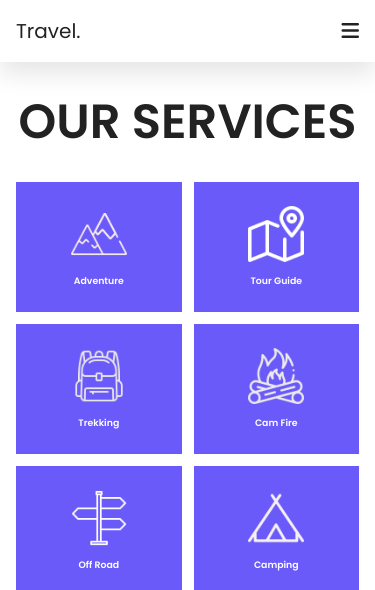
Repository: CTCuong/Traveloka-Web
Page: assets/home.html
An editor plug-in stored every save of this project. The page is shown before and after the next save, followed by the edit.
The browser window is 375 px wide. The pictures show the part of the page from y = 0 to 590 px (the page is 1507 px tall before and 1477 px after).
Pictures or frames that could not be fetched are drawn as grey boxes. Backgrounds fixed to the window are drawn as part of the page.

Above is the page before, as saved 2023-07-03 21:24:34.

### assets/home.html
<!DOCTYPE html>
<html lang="en">
<head>
    <meta charset="UTF-8">
    <meta name="viewport" content="width=device-width, initial-scale=1.0">
    <title>Document</title>
    <!--swiper css-->
    <link rel="stylesheet"href="https://cdn.jsdelivr.net/npm/swiper@9/swiper-bundle.min.css"/>
    <!--font awesome link-->
    <link rel="stylesheet" href="https://cdnjs.cloudflare.com/ajax/libs/font-awesome/6.4.0/css/all.min.css">
    <!-- css file link -->
    <link rel="stylesheet" href="/assets/css/style.css">
</head>
<body>
    <!-- header section starts -->
    <section class="header">
        <a href="home.html" class="logo">travel.</a>

        <nav class="navbar">
            <a href="home.html">Home</a>
            <a href="about.html">About</a>
            <a href="package.html">Package</a>
            <a href="book.html">Book</a>

        </nav>

        <div id="menu-btn" class="fas fa-bars"></div>
    </section>
    <!-- header section ends -->

    <!-- services section starts -->
    <section class="services">
        <h1 class="heading-title"> our services </h1>

        <div class="box-container">

            <div class="box">
                <img src="/assets/image/Services/1.png" alt="">
                <h3> adventure </h3>
            </div>

            <div class="box">
                <img src="/assets/image/Services/2.png" alt="">
                <h3> tour guide </h3>
            </div>

            <div class="box">
                <img src="/assets/image/Services/3.png" alt="">
                <h3> trekking </h3>
            </div>


            <div class="box">
                <img src="/assets/image/Services/4.png" alt="">
                <h3> cam fire </h3>
            </div>

            <div class="box">
                <img src="/assets/image/Services/5.png" alt="">
                <h3> off road </h3>
            </div>

            <div class="box">
                <img src="/assets/image/Services/6.png" alt="">
                <h3> camping </h3>
            </div>

        </div>
    </section>
    <!-- services section ends -->



    <!-- footer section starts -->

    <section class="footer">
        <div class="box-container">

            <div class="box">
                <h3>quick links</h3>
                <a href="home.html"><i class="fas fa-angle-right"></i>Home</a>
                <a href="about.html"><i class="fas fa-angle-right"></i>About</a>
                <a href="package.html"><i class="fas fa-angle-right"></i>Package</a>
                <a href="book.html"><i class="fas fa-angle-right"></i>Book</a>
            </div>

            <div class="box">
                <h3>extra links</h3>
                <a href="#"><i class="fas fa-angle-right"></i> ask question</a>
                <a href="#"><i class="fas fa-angle-right"></i> about us</a>
                <a href="#"><i class="fas fa-angle-right"></i> privacy policy</a>
                <a href="#"><i class="fas fa-angle-right"></i> terms of use</a>
            </div>

            <div class="box">
                <h3>contract info</h3>
                <a href="#"><i class="fas fa-phone"></i> +84 098-326-789 </a>
                <a href="#"><i class="fas fa-phone"></i> +84 023-908-7865 </a>
                <a href="#"><i class="fas fa-envelope"></i> travekhanas@gmail.com </a>
                <a href="#"><i class="fas fa-map"></i> HaNoi, VietNam   </a>
            </div>

            <div class="box">
                <h3>follow us</h3>
                <a href="#"><i class="fab fa-facebook"></i> facebook </a>
                <a href="#"><i class="fab fa-twitter"></i> twitter </a>
                <a href="#"><i class="fab fa-instagram"></i> instagram </a>
                <a href="#"><i class="fab fa-telegram"></i> telegram </a>
            </div>

        </div>

        <div class="credit"> created by <span>mr. Cao Tran Cuong</span> | all rights reserved! </div>
    </section>
    <!-- footer section ends -->

    <!--swiper js-->
    <script src="https://cdn.jsdelivr.net/npm/swiper@9/swiper-bundle.min.js"></script>
    <!-- js file link -->
    <script src="/assets/js/scrip.js"></script>
</body>
</html>

### assets/css/style.css
@import url('https://fonts.googleapis.com/css2?family=Poppins:ital,wght@0,100;0,200;0,300;0,400;0,500;0,600;1,100;1,200;1,300;1,400;1,500;1,600&display=swap');

:root {
    --main-color:#6A5AF9;
    --black:#222;
    --white: #fff;
    --light-black:#777;
    --light-white:#fff9;
    --drak-bg:rgba(0,0,0,.7);
    --light-bg:#eee;
    --border:1rem solid var(var(--black));
    --text-shadow:0 1.5rem 3rem rgba(0,0,0,.3);
    --box-shadow:0 1.5rem 3rem rgba(0,0,0,.1);
}
* {
    font-family: 'Poppins', sans-serif;
    margin: 0; padding: 0;
    box-sizing: border-box;
    outline: none; border: none;
    text-decoration: none;
    text-transform: capitalize;

}

html {
    font-size: 62.5%;
    overflow-x: hidden;
}

html::-webkit-scrollbar {
    width : 1rem;
}

html::-webkit-scrollbar-track {
    background-color: var(--white);
}

html::-webkit-scrollbar-thumb {
    background-color: var(--main-color);
}
section {
    padding: 5rem 10%;
}
.header {
    position: sticky;
    top:0; left: 0; right: 0;
    z-index: 1000;
    background-color: var(--white);
    display: flex;
    padding-top: 2rem;
    padding-bottom: 2rem;
    box-shadow: var(--box-shadow);
    align-items: center;
    justify-content:space-between;
}

.header .logo {
    font-size: 2.5rem;
    color: var(--black);
}

.header .navbar a {
    font-size: 2rem;
    margin-left: 2rem;
    color: var(--black);
}

#menu-btn {
    font-size: 2.5rem;
    color: var(--black);
    cursor: pointer;
    display: none;
}

.services .box-container {
    display: grid;
    grid-template-columns: repeat(auto-fit, minmax(16rem, 1fr));
    gap : 1.5rem;
}

.services .box-container .box {
    padding: 3rem 2rem;
    text-align: center;
    background: var(--main-color);
    cursor: pointer;
}


.services .box-container .box:hover {
    background: var(--black) ;
}

.services .box-container .box h3 {
    color: var(--white);
    font-size: 1,7rem;
    padding-top: 1rem;
}

.services .box-container .box img {
    height: 7rem;
}

.heading-title {
    text-align: center;
    margin-bottom: 3rem;
    font-size: 6rem;
    text-transform: uppercase;
    color: var(--black);
}




























.footer {
    background:url(/assets/image/Footer/low-angle-nature-night-time.jpg) no-repeat;
    background-size: cover;
    background-position: center;
    background-attachment: fixed;
}

.footer .box-container {
    display: grid;
    grid-template-columns: repeat(auto-fit, minmax(25rem, 1fr));
    gap : 3rem;
}

.footer .box-container .box h3{
    color: var(--white);
    font-size: 2.5rem;
    padding-bottom: 2rem;
}

.footer .box-container .box a {
    color: var(--light-white);
    font-size: 1.5rem;
    padding-bottom: 1.5rem;
    display: block;
}

.footer .box-container .box a i {
    color: var(--main-color);
    padding-right: .5rem;
    transition: .2s linear ;
}

.footer .box-container .box a:hover i {
    padding-right: 2rem;
}

.footer .credit {
    text-align: center;
    padding-top: 3.5rem;
    margin-top: 3rem;
    border-top: .1rem solid var(--light-bg);
    font-size: 2rem;
    color: var(--white);
}

.footer .credit span {
    color:var(--main-color);
}



/* media queries */
@media (max-width:1200px) {

    section {
        padding: 3rem 5%;
    }

}

@media (max-width:991px) {

    html {
        font-size: 55%;
    }

    section {
        padding: 3rem 2rem;
    }

}

@media (max-width:768px) {
    #menu-btn {
         display: inline-block;
         transition: .2s linear;
    }

    #menu-btn.fa-times {
        transform: rotate(180deg);
    }

    .header .navbar {
        position: absolute;
        top:99%; left:0; right:0;
        background-color: var(--white);
        border-top: var(--border);
        padding: 2rem;
        transition: .2s linear;
        clip-path: polygon(0 0, 100% 0, 100% 0, 0 0);
    }

    .header .navbar.active {
        clip-path: polygon(0 0, 100% 0, 100% 100%, 0 100%);
    }

    .header .navbar a {
        display:block;
        margin: 2rem;
        text-align: center ;
    }

}
@media (max-width:450px) {

    html {
        font-size: 50%;
    }

}

### assets/js/scrip.js
let menu = document.querySelector('#menu-btn');
let navbar = document.querySelector('.header .navbar');

menu.onclick = () =>{
    menu.classList.toggle('fa-times');
    navbar.classList.toggle('active');
};

window.onscroll = () => {
    menu.classList.remove('fa-times')
    navbar.classList.remove('active')

}

After the next save:
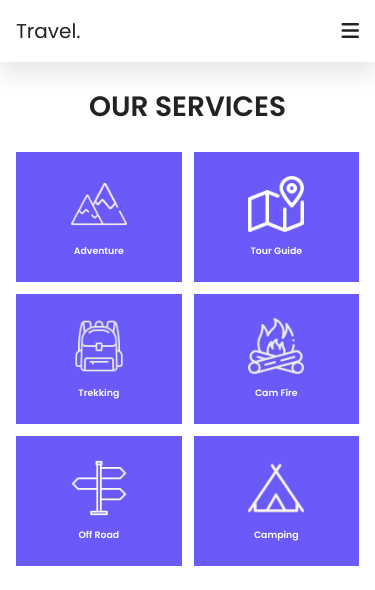
Saved 54 s later.
--- a/assets/css/style.css
+++ b/assets/css/style.css
@@ -135,6 +135,7 @@ section {
 
 
 
+
 .footer {
     background:url(/assets/image/Footer/low-angle-nature-night-time.jpg) no-repeat;
     background-size: cover;
@@ -244,4 +245,8 @@ section {
         font-size: 50%;
     }
 
-}
+    .heading-title {
+        font-size: 3.5rem;
+    }
+
+}
